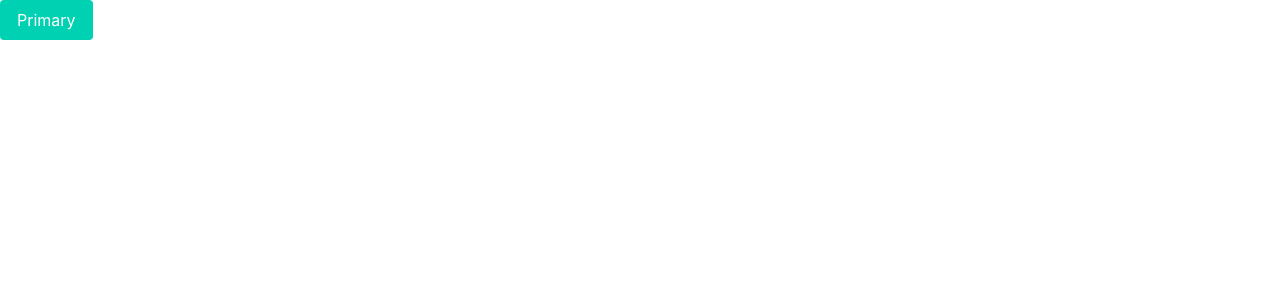
Repository: Spawnbig/ProyectoEspTec1
Page: /
These files come from the project's save history. The page is drawn as it stood at one moment and after the next save; the edit follows.
The browser window is 1280 px wide. The pictures show the whole page.
The project was rebuilt for these pictures with package versions that can differ from the ones it lists, and the page was loaded fresh each time. Also part of the build but not shown: vite.config.js, src/views/Dashboard.vue.

Above is the page before, as saved 2022-07-08 21:17:43.

### src/main.js
import { createApp } from 'vue'
import { createPinia } from 'pinia'
import App from './App.vue'
import router from './router'



const app = createApp(App)

app.use(createPinia())
app.use(router)

app.mount('#app')

### src/App.vue

<template>
  <RouterView />
</template>

<script>
export default{

}
</script>


<style>
@import "https://cdn.jsdelivr.net/npm/bulma@0.9.4/css/bulma.min.css";


</style>

### src/router/index.js
import { createRouter, createWebHistory } from 'vue-router'
import HomeView from '../views/HomeView.vue'
import Dashboard from '../views/Dashboard.vue'

const router = createRouter({
  history: createWebHistory(import.meta.env.BASE_URL),
  routes: [
    {
      path: '/',
      name: 'home',
      component: HomeView
    },
    {
      path: '/dashboard',
      name: 'dashboard',
      // route level code-splitting
      // this generates a separate chunk (About.[hash].js) for this route
      // which is lazy-loaded when the route is visited.
      component: Dashboard
    }
  ]
})

export default router

### src/views/HomeView.vue
<template>
  <CrearUsuario/>
</template>

<script >
import CrearUsuario from "../components/CrearUsuario.vue";

export default {
components:{CrearUsuario}
}

</script>


<style scoped>

</style>

### src/components/CrearUsuario.vue
<template>
 <button class="button is-primary" data-modal="modal">Primary</button>
<div class="modal">
  <div class="modal-background"></div>
  <div class="modal-content">
    <!-- Any other Bulma elements you want -->
  </div>
  <button class="modal-close is-large" aria-label="close"></button>
</div>
</template>

<script>
export default {

}


</script>

<style scoped>

</style>

Loaded but not shown: index.html (common file)

After the next save:
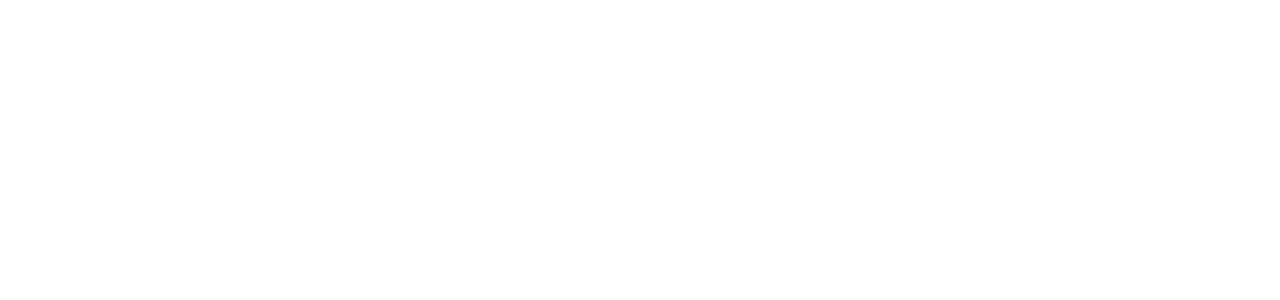
Console error: ReferenceError: OpenModalButton is not defined
Saved 16 min 21 s later.
--- a/src/components/CrearUsuario.vue
+++ b/src/components/CrearUsuario.vue
@@ -1,6 +1,9 @@
 <template>
  <button class="button is-primary" data-modal="modal">Primary</button>
-<div class="modal">
+
+<div class="modal"
+id="modalRegistroUsuario"
+>
   <div class="modal-background"></div>
   <div class="modal-content">
     <!-- Any other Bulma elements you want -->
@@ -13,6 +16,10 @@
 export default {
 
 }
+let buttonModal = document.querySelector('button')
+const openModal = (OpenModalButton,ModalWindow=> {
+
+})
 
 
 </script>

After the save that followed:
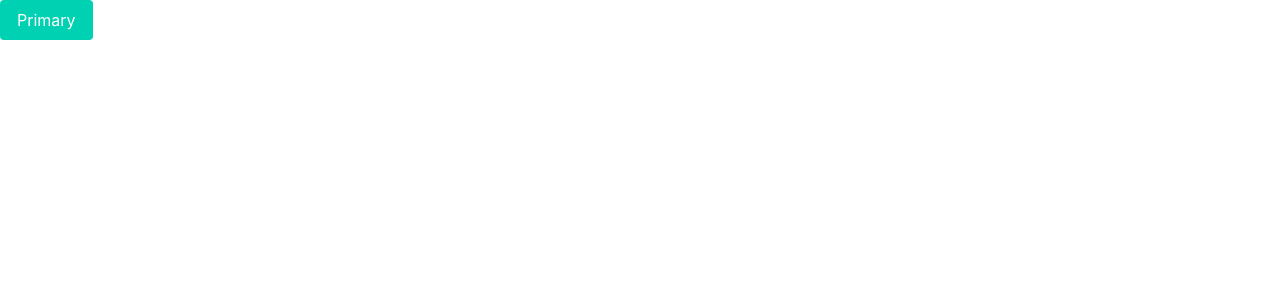
The error is gone.
Saved 70 s later.
--- a/src/components/CrearUsuario.vue
+++ b/src/components/CrearUsuario.vue
@@ -16,10 +16,7 @@
 export default {
 
 }
-let buttonModal = document.querySelector('button')
-const openModal = (OpenModalButton,ModalWindow=> {
 
-})
 
 
 </script>
